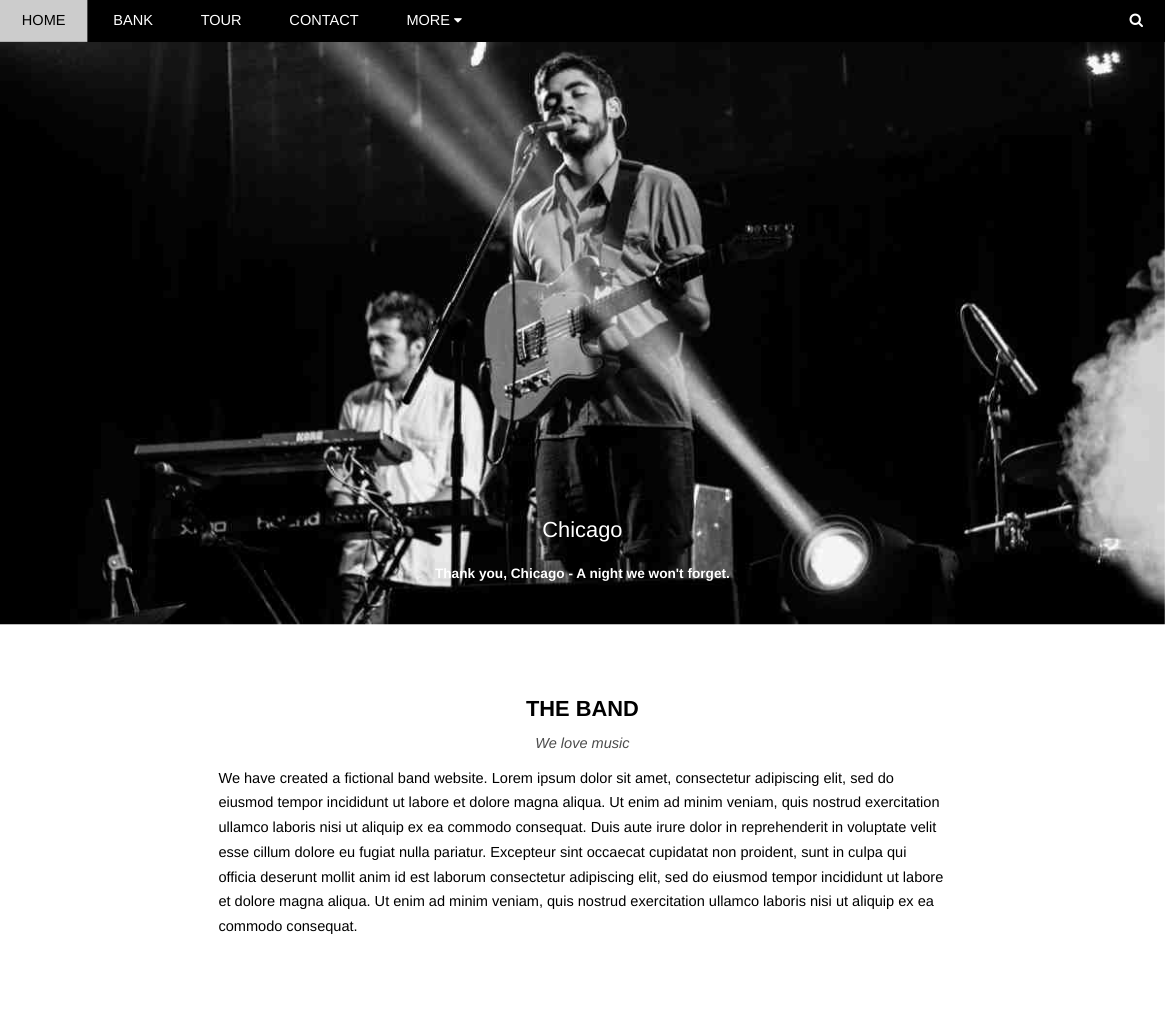
Repository: vuongtm1999/TheBand_W3School
Page: index.html
These files come from the project's save history. The page is drawn as it stood at one moment and after a run of saves; the edit follows.
The browser window is 1280 px wide. The pictures show the whole page, at 91% of full size.

Above is the page before, as saved 2022-08-25 17:31:08.

After the next 3 saves:
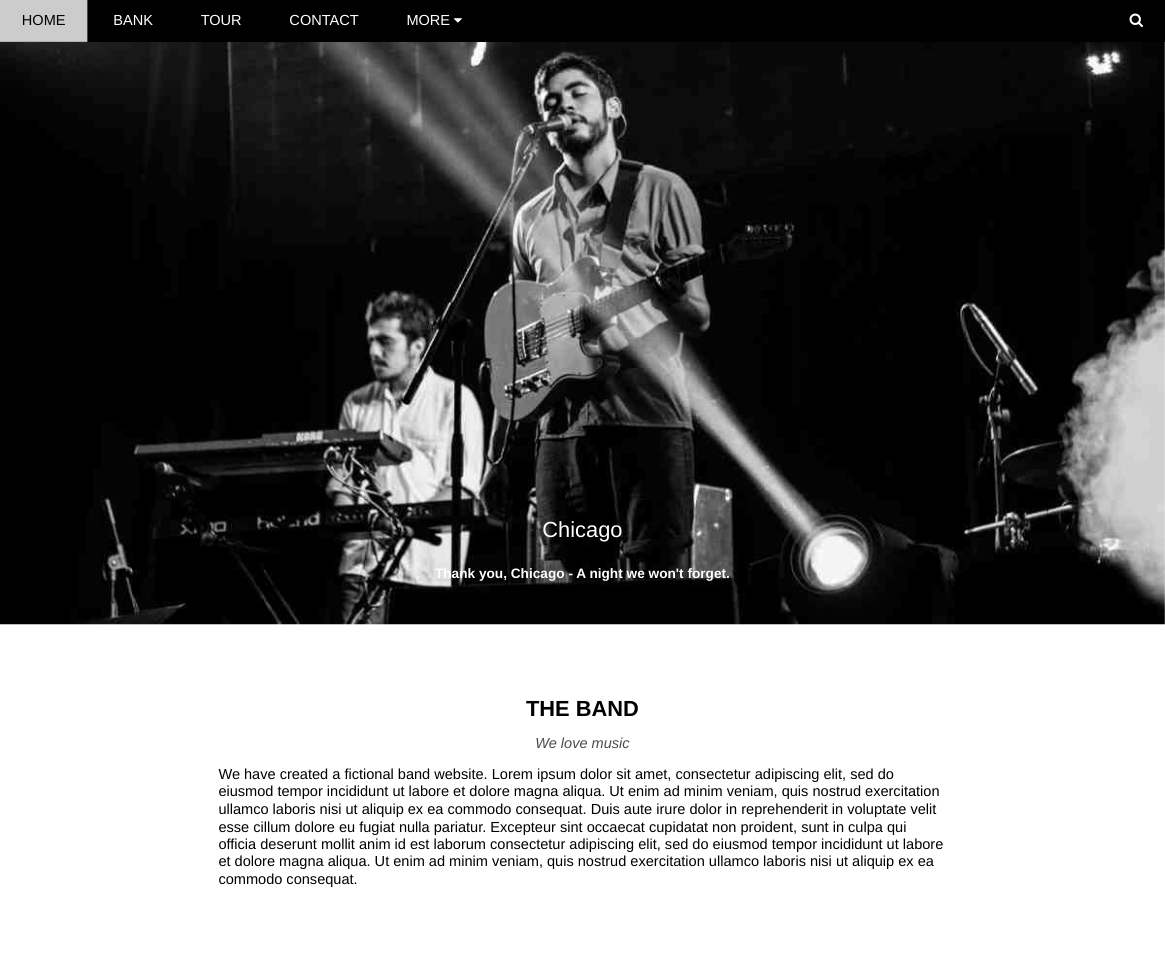
The 3 saves are shown as one change because they came seconds apart.
The last was saved 14 s later.
--- a/assets/css/style.css
+++ b/assets/css/style.css
@@ -168,7 +168,7 @@ a{
 }
 
 .section-about-text{
-    line-height: 1.7;
+    line-height: 1.2;
 }
 
 
